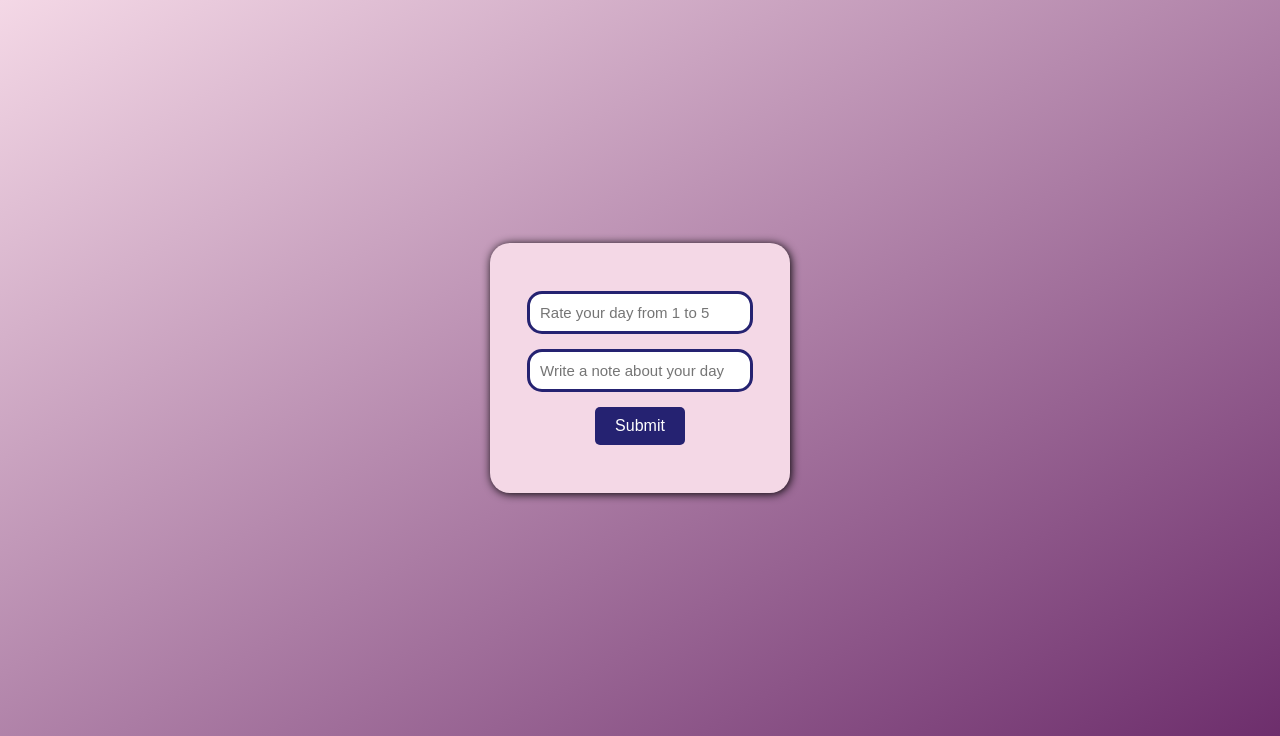
Repository: elenav24/RateMyDay
Page: frontend/index.html
An editor plug-in stored every save of this project. The page is shown before and after the next save, followed by the edit.
The browser window is 1280 px wide. The pictures show the whole page.

Above is the page before, as saved 2025-05-15 01:39:18.

### frontend/index.html
<!DOCTYPE html>

<html lang="en">
    <head>
        <meta charset="utf-8">
        <title>Rate My Day!</title>
        <meta name="description" content="Welcome to Rate My Day!">
        <meta name="viewport" content="width=device-width, initial-scale=1">
        <link rel="stylesheet" href="style.css">
    </head>
    <body>
        <div class="container">
            <input type="text" id="rating" placeholder="Rate your day from 1 to 5">
            <input type="text" id="note" placeholder="Write a note about your day">
            <button id="submit">Submit</button>
        </div>

        <script src="script.js" defer></script>
    </body>
</html>

### frontend/style.css
body {
    display: flex;
    justify-content: center;
    align-items: center;
    height: 100vh;
    background: linear-gradient(to right bottom, #f4d8e6, #6d2e6c);
}

.container {
    display: flex;
    flex-direction: column;
    align-items: center;
    justify-content: center;
    width: 300px;
    height: 250px;
    box-shadow: 1px 1px 10px #000;
    border-radius: 20px;
    background-color: #f4d8e6;
}

#rating, #note {
    border: 3px solid #252271;
    border-radius: 15px;
    width: 200px;
    padding: 10px;
    padding-left: 10px;
    margin-bottom: 15px;
    font-size: 15px;
}

#submit {
    background-color: #252271;
    color: white;
    border: none;
    border-radius: 5px;
    padding: 10px 20px;
    cursor: pointer;
    font-size: 16px;
}

### frontend/script.js
document.addEventListener('DOMContentLoaded', () => {
    const button = document.getElementById('submit');
    const rating = document.getElementById('rating');
    const note = document.getElementById('note');

    button.addEventListener('click', async () => {
        const ratingValue = parseInt(rating.value);
        const noteValue = note.value;

        if (isNaN(ratingValue) || ratingValue < 1 || ratingValue > 5) {
            alert('Please enter a valid rating between 1 and 5.');
            return;
        }

        const payload = {
            rating: ratingValue,
            note: noteValue
        };

        try {
            const response = await fetch('http://localhost:8000/rate', {
                method: 'POST',
                headers: {
                    'Content-Type': 'application/json'
                },
                body: JSON.stringify(payload)

            });

            const data = await response.json();
            alert(data.message);



        } catch (error) {
            console.error('Submission Error:', error);
            alert('An error occurred while submitting your rating.');
        }

        // Clear the input fields after submission
        rating.value = '';
        note.value = '';

    });

});

After the next save:
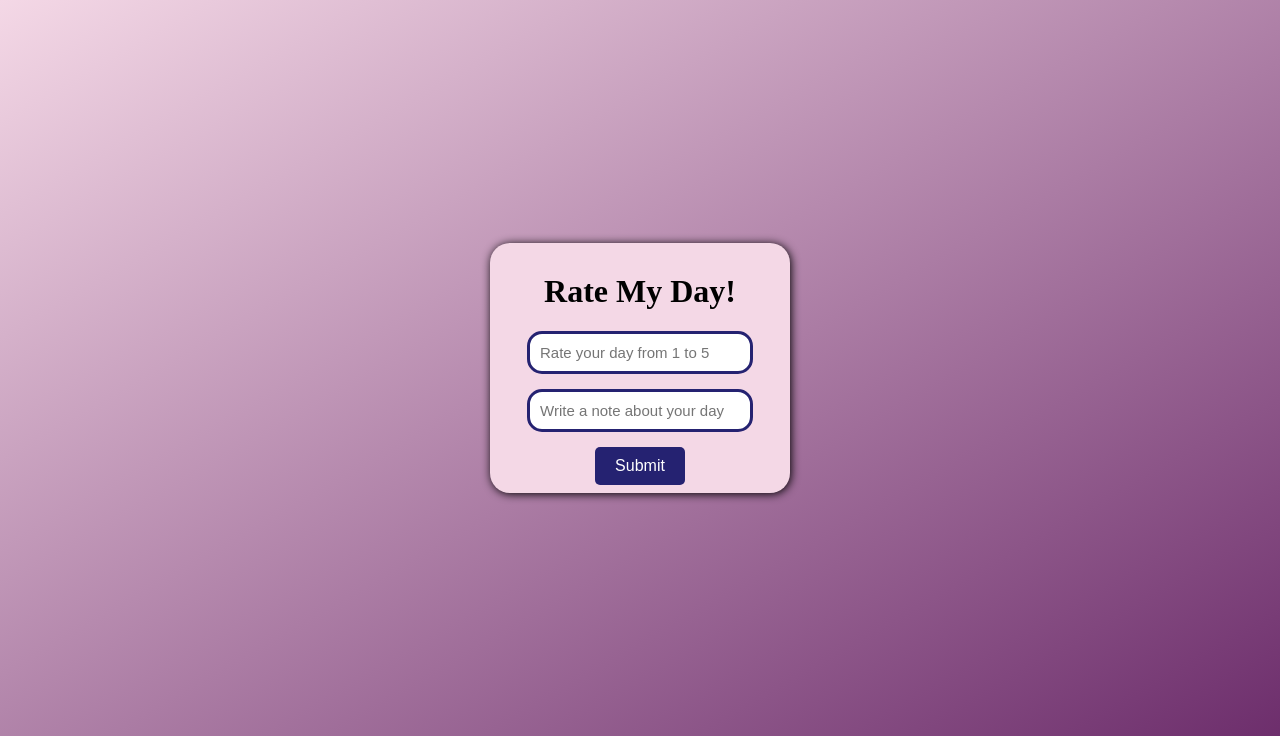
Saved 17 s later.
--- a/frontend/index.html
+++ b/frontend/index.html
@@ -10,6 +10,7 @@
     </head>
     <body>
         <div class="container">
+            <h1>Rate My Day!</h1>
             <input type="text" id="rating" placeholder="Rate your day from 1 to 5">
             <input type="text" id="note" placeholder="Write a note about your day">
             <button id="submit">Submit</button>
